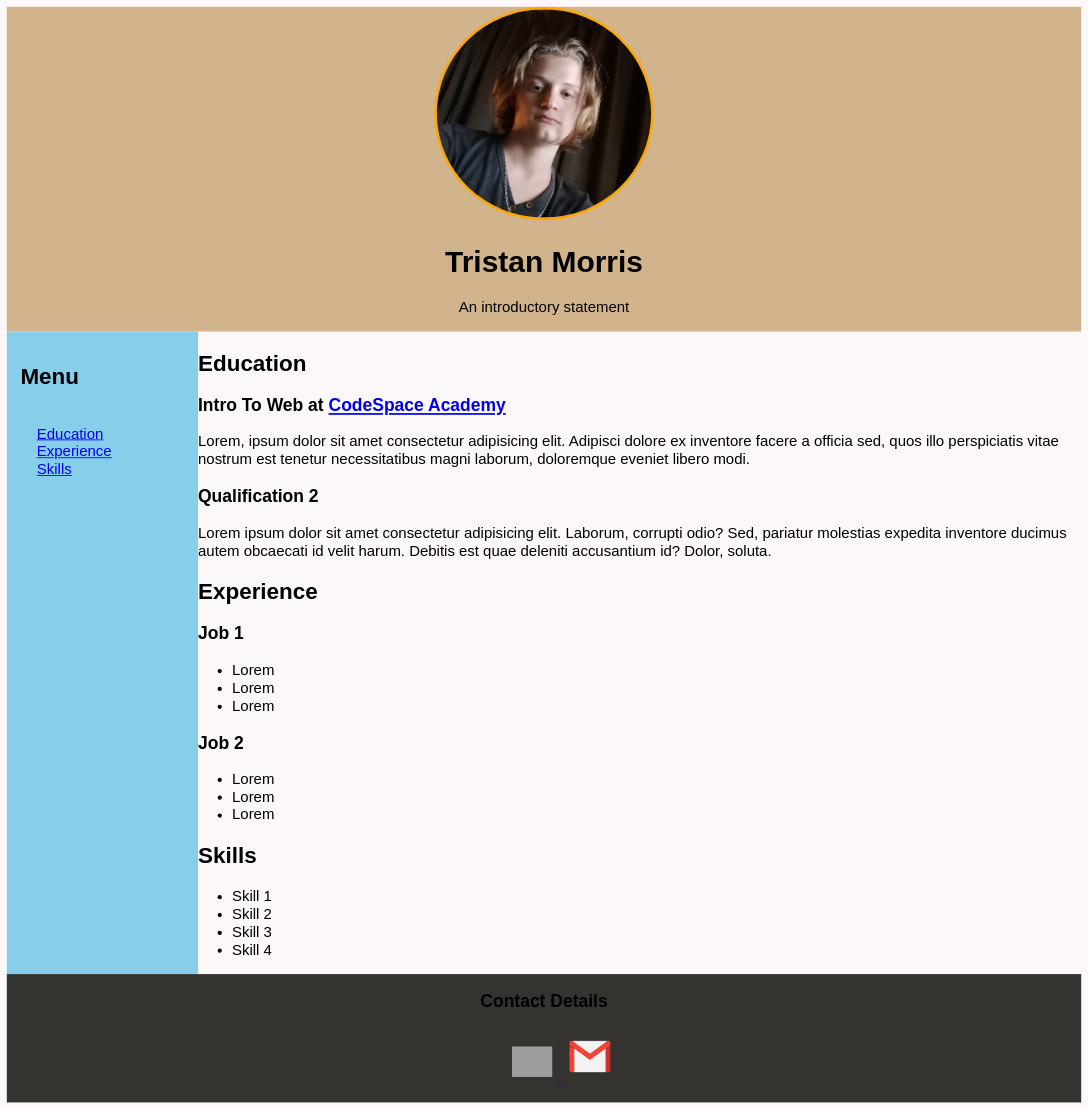
Repository: TristanKMorris/introToWebDesignAssignment
Page: resume1.html
An editor plug-in stored every save of this project. The page is shown before and after the next save, followed by the edit.
The browser window is 1280 px wide. The pictures show the whole page, at 85% of full size.
Pictures or frames that could not be fetched are drawn as grey boxes.

Above is the page before, as saved 2022-06-02 20:03:50.

### resume1.html

<!DOCTYPE html>
<html
  <head>
    <title>My first web page</title>

    <link rel="stylesheet" type="text/css" href="css/stylesheet.css">
  </head>

  <body>

  <header id="heading">
        <img src="images/tristanPortrait.jpg"
        alt="Tristan Morris Portrait"
        id="profilePhoto"/>
        <h1>Tristan Morris</h1>
        <p>An introductory statement</p>

  </header>

<main class="main">

     <div id="sidebar">
  <nav>

    <h2>Menu</h2>

    <ul class="navMenu">
      <li><a href="#education">Education</a></li>
      <li><a href="#experience">Experience</a></li>
      <li><a href="#skills">Skills</a></li>
    </ul>
  </nav>

  </div>

  <div class="content">

    <h2 id="education">Education</h2>
    <h3>
      Intro To Web at <a href="http://codespace.co.za/">CodeSpace Academy</a>
    </h3>
    <p>
      Lorem, ipsum dolor sit amet consectetur adipisicing elit. Adipisci dolore
      ex inventore facere a officia sed, quos illo perspiciatis vitae nostrum
      est tenetur necessitatibus magni laborum, doloremque eveniet libero modi.
    </p>
    <h3>Qualification 2</h3>
    <p>
      Lorem ipsum dolor sit amet consectetur adipisicing elit. Laborum, corrupti
      odio? Sed, pariatur molestias expedita inventore ducimus autem obcaecati
      id velit harum. Debitis est quae deleniti accusantium id? Dolor, soluta.
    </p>
    <h2 id="experience">Experience</h2>
    <h3>Job 1</h3>
    <ul>
      <li>Lorem</li>
      <li>Lorem</li>
      <li>Lorem</li>
    </ul>
    <h3>Job 2</h3>
    <ul>
      <li>Lorem</li>
      <li>Lorem</li>
      <li>Lorem</li>
    </ul>
    <h2 id="skills">Skills</h2>
    <ul>
      <li>Skill 1</li>
      <li>Skill 2</li>
      <li>Skill 3</li>
      <li>Skill 4</li>
    </ul>

    </div>
</main>

<footer>

      <h3>Contact Details</h3>
      <ul>
         <a href="http://www.instagram.com/tristan_k_morris">
           <img class="icons" src="images/instagramIcon.png" alt="Tristan Morris Instagram">

         </a>
         <a href="http://mail.google.com">
           <img class="icons" src="images/gmailIcon.png" alt="Tristan Morris Email">
         </a>
      </ul>

    </footer>


  </body>
</html>

### css/stylesheet.css
body{
  font-family: sans-serif;
  font-size:110%;
  background-color: #FCF7F8;
  display: flex;
  flex-direction: column;
}

.main{
  display: flex;
  flex-direction: row;
  overflow: unset;
}

#profilePhoto{
  width: 20%;
  height: 20%;
  border-radius: 50%;
  border: 3px solid orange;
}

header {
  text-align: center;
  justify-content: center;
}
#heading{
  font-family: sans-serif;
  font: size 110%;
  background-color: tan;
}

footer {
  background-color: #343330;
  text-align: center;
}
#sidebar{
  width: 25%;
  background-color: skyblue;
  padding: 1rem;
  color: black;
}
.navMenu{
  list-style-type: none;
  padding: 10%;
}

.icons{
  width: 3rem;
  margin: 0.5rem;
  height: auto;
}

After the next save:
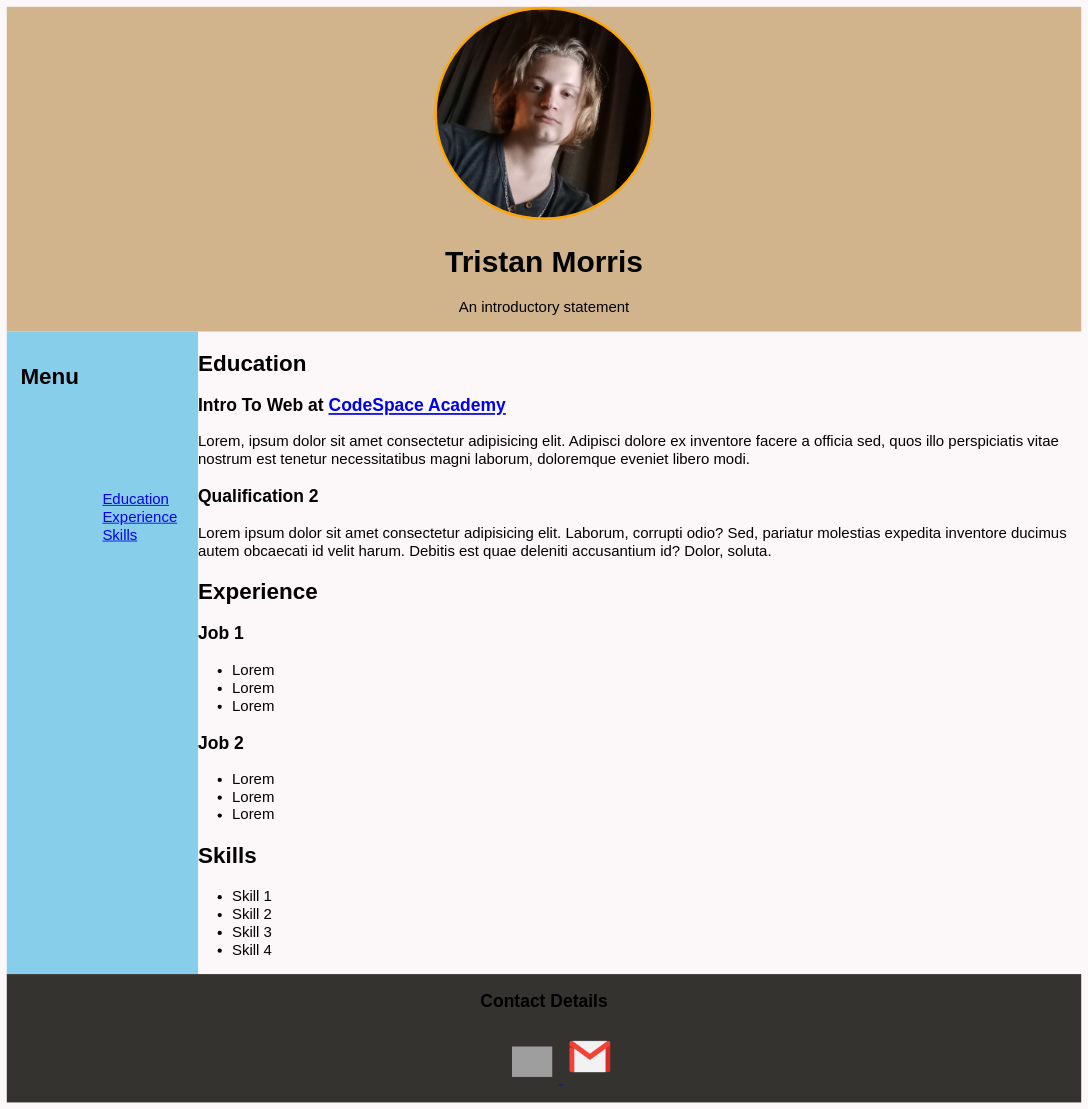
Saved 8 s later.
--- a/css/stylesheet.css
+++ b/css/stylesheet.css
@@ -41,7 +41,7 @@ footer {
 }
 .navMenu{
   list-style-type: none;
-  padding: 10%;
+  padding: 50%;
 }
 
 .icons{
